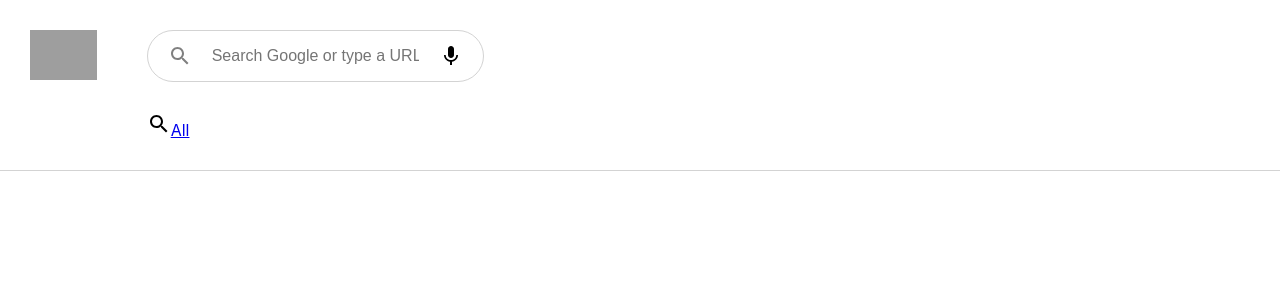
Repository: king-slayer97/google-clone
Page: /search
The author's editor kept a copy of each file at every save. The page is drawn from the files as they stood at one save, then again after a run of saves.
The browser window is 1280 px wide. The pictures show the whole page.
Pictures or frames that could not be fetched are drawn as grey boxes. The project was rebuilt for these pictures with package versions that can differ from the ones it lists, and the page was loaded fresh each time. Also part of the build but not shown: src/screens/Home.css, src/components/Header.css, src/components/Header.js, src/screens/Home.js.

Above is the page before, as saved 2020-10-22 00:13:05.

### src/index.js
import React from 'react';
import ReactDOM from 'react-dom';
import './index.css';
import App from './App';
import {Provider} from 'react-redux';
import {createStore} from 'redux';
import appReducer from './redux/reducer'
import * as serviceWorker from './serviceWorker';

const store = createStore(appReducer)

ReactDOM.render(
  <Provider store={store}>
    <App />
  </Provider>,
  document.getElementById('root')
);

// If you want your app to work offline and load faster, you can change
// unregister() to register() below. Note this comes with some pitfalls.
// Learn more about service workers: https://bit.ly/CRA-PWA
serviceWorker.unregister();

### src/App.js
import React from "react";
import "./App.css";
import Home from "./screens/Home";
import SearchPage from "./screens/SearchPage"
import { BrowserRouter as Router, Route, Switch } from "react-router-dom";

function App() {
  return (
    <div className="app">
      <Router>
        <Switch>
          <Route path="/search">
            <SearchPage/>
            </Route>
          <Route path="/">
            <Home />
          </Route>
        </Switch>
      </Router>
    </div>
  );
}

export default App;

### src/redux/reducer.js
const INITIAL_STATE = {
    term:null,
};

export const actionTypes = {
    SET_SEARCH_TERMS: "SET_SEARCH_TERMS",
};

const reducer = (state = INITIAL_STATE, action) => {
    switch (action.type) {
        case actionTypes.SET_SEARCH_TERMS:
            return({...state, term: action.value})

        default:
            return state;
    }
}

export default reducer

### src/screens/SearchPage.js
import React from "react";
import "./SearchPage.css";
import { useSelector } from "react-redux";
import useGoogleSearch from "../useGoogleSearch";
import Response from "../responseJSON";
import { Link } from "react-router-dom";
import Search from '../components/Search'
import SearchIcon from '@material-ui/icons/Search';
import DescriptionIcon from '@material-ui/icons/Description';
import ImageIcon from '@material-ui/icons/Image';
import LocalOfferIcon from '@material-ui/icons/LocalOffer';
import RoomIcon from '@material-ui/icons/Room';
import MoreVertIcon from '@material-ui/icons/MoreVert';

const SearchPage = () => {
  const term = useSelector((store) => store.term);
  //LIVE API Call
  // const {data} = useGoogleSearch(term)
  const data = Response;
  console.log(data);
  return (
    <div className="searchPage">
      {/* <h1>{term}</h1> */}
      <div className="searchPage__header">
        <Link to="/">
          <img
            className="searchPage__logo"
            src="https://www.google.com/images/branding/googlelogo/2x/googlelogo_color_272x92dp.png"
            alt=""
          />
        </Link>
        <div className="searchPage__headerBody">
            <Search hideButtons/>
            <div className="searchPage__options">
                <div className="searchPage__optionsLeft">
                    <div className="searchPage__option">
                        <SearchIcon/>
                        <Link to="/all">All</Link>
                    </div>
                    <div className="searchPage__option">

                    </div>
                    <div className="searchPage__option">

                    </div>
                    <div className="searchPage__option">

                    </div>
                    <div className="searchPage__option">

                    </div>
                    <div className="searchPage__option">

                    </div>
                </div>
            </div>
        </div>
      </div>

      <div className="searchPage__results"></div>
    </div>
  );
};

export default SearchPage;

### src/components/Search.js
import React, { useState } from "react";
import SearchIcon from "@material-ui/icons/Search";
import MicIcon from "@material-ui/icons/Mic";
import { Button } from "@material-ui/core";
import { useHistory } from "react-router-dom";
import "./Search.css";
import { useDispatch } from "react-redux";
import { actionTypes } from "../redux/reducer";
import { useSelector } from "react-redux";

const Search = ({ hideButtons = false }) => {
  const [input, setInput] = useState("");
  const history = useHistory();
  const dispatch = useDispatch();
  const store = useSelector((store) => {return store});
  const search = (e) => {
    e.preventDefault();
    // console.log(input);
    dispatch({ type: actionTypes.SET_SEARCH_TERMS, value: input });
    console.log(store);
    history.push("/search");
  };
  return (
    <form className="search">
      <div className="search__input">
        <SearchIcon className="search__inputIcon" />
        <input
          type="text"
          placeholder="Search Google or type a URL"
          value={input}
          onChange={(e) => setInput(e.target.value)}
        />
        <MicIcon />
      </div>
      {!hideButtons ? (
        <div className="search__buttons">
          <Button type="submit" onClick={search} variant="outlined">
            Google Search
          </Button>
          <Button variant="outlined">I'm Feeling Lucky</Button>
        </div>
      ) : (
        <div className="search__buttons">
          <Button
            className="search__buttons__hidden"
            type="submit"
            onClick={search}
            variant="outlined"
          >
            Google Search
          </Button>
          <Button className="search__buttons__hidden" variant="outlined">
            I'm Feeling Lucky
          </Button>
        </div>
      )}
    </form>
  );
};

export default Search;

### src/screens/SearchPage.css
.searchPage__header{
    display: flex;
    /* align-items: center; */
    position: sticky;
    top: 0;
    z-index: 100;
    background-color: #fff;
    padding: 30px;
    border-bottom: 1px solid lightgray;
}

.searchPage__logo{
    object-fit: contain;
    height: 50px;
    /* padding: 15px; */
    margin-right: 50px;
}

.searchPage__headerBody > .search > .search__input{
    margin-top: 0;
    width: unset;
    margin: unset;
    max-width: unset;
}

### src/useGoogleSearch.js
import { useState, useEffect } from "react";
import API_KEY from "./keys";

const CONTEXT_KEY = "f6ef7f0474116a5ed";

const useGoogleSearch = (term) => {
  const [data, setData] = useState(null);
  useEffect(() => {
    const fetchData = async () => {
      fetch(
        `https://www.googleapis.com/customsearch/v1?key=${API_KEY}&cx=${CONTEXT_KEY}&q=${term}`
      )
      .then(response => response.json())
      .then(result => {
          setData(result)
      })
    };
    fetchData();
  }, [term]);
  return {data}

};

export default useGoogleSearch;

### src/components/Search.css

.search__input{
    display: flex;
    align-items: center;
    border: 1px solid lightgray;
    border-radius: 999px;
    padding: 10px 20px;
    height: 30px;
    width: 75vw;
    /* margin: 0 auto; */
    margin-top: 40px;
    max-width: 560px;
}

.search__input > input{
    border:none;
    flex: 1;
    outline-width: 0;
    font-size: medium;
    padding: 10px 20px;
}

.search__input > .search__inputIcon{
    color: gray;
}

.search__buttons{
    margin-top: 30px;
    display:flex;
    justify-content: center;
}

.search__buttons button{
    margin: 5px;
    background-color: #f8f8f8;
    border: 1px solid white;
    text-transform: inherit;
    padding: 7px 15px;
    color: #5f6368;
}

.search__buttons button:hover{
    color:#222;
    border: 1px solid #c6c6c6;
    box-shadow: 0 1px 1px rgba(0,0,0,0.1);
    /* background-image: -webkit-linear-gradient(top,#f8f8f8,#f1f1f1); */
}

.search__buttons__hidden{
    display: none !important;
}

### src/keys.js
export const API_KEY = 'AIzaSyAQd0alc01mj2yAhVlZIl41i7JQ_r10wIE';

export default API_KEY;

Loaded but not shown: public/index.html (common file); src/index.css (common file); src/serviceWorker.js (common file); src/App.css (common file); src/responseJSON.js (897 lines, source omitted)

After the next 3 saves:
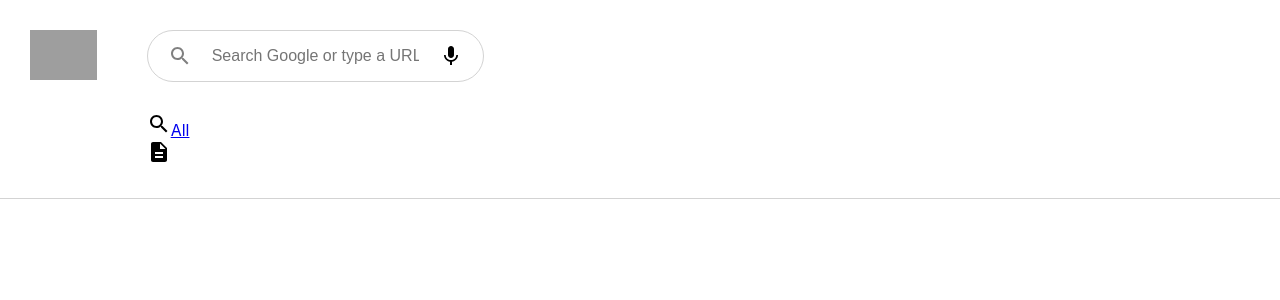
The 3 saves are shown as one change because they came seconds apart.
The last was saved 8 s later.
--- a/src/screens/SearchPage.js
+++ b/src/screens/SearchPage.js
@@ -38,7 +38,7 @@
                         <Link to="/all">All</Link>
                     </div>
                     <div className="searchPage__option">
-
+                        <DescriptionIcon/>
                     </div>
                     <div className="searchPage__option">
 
